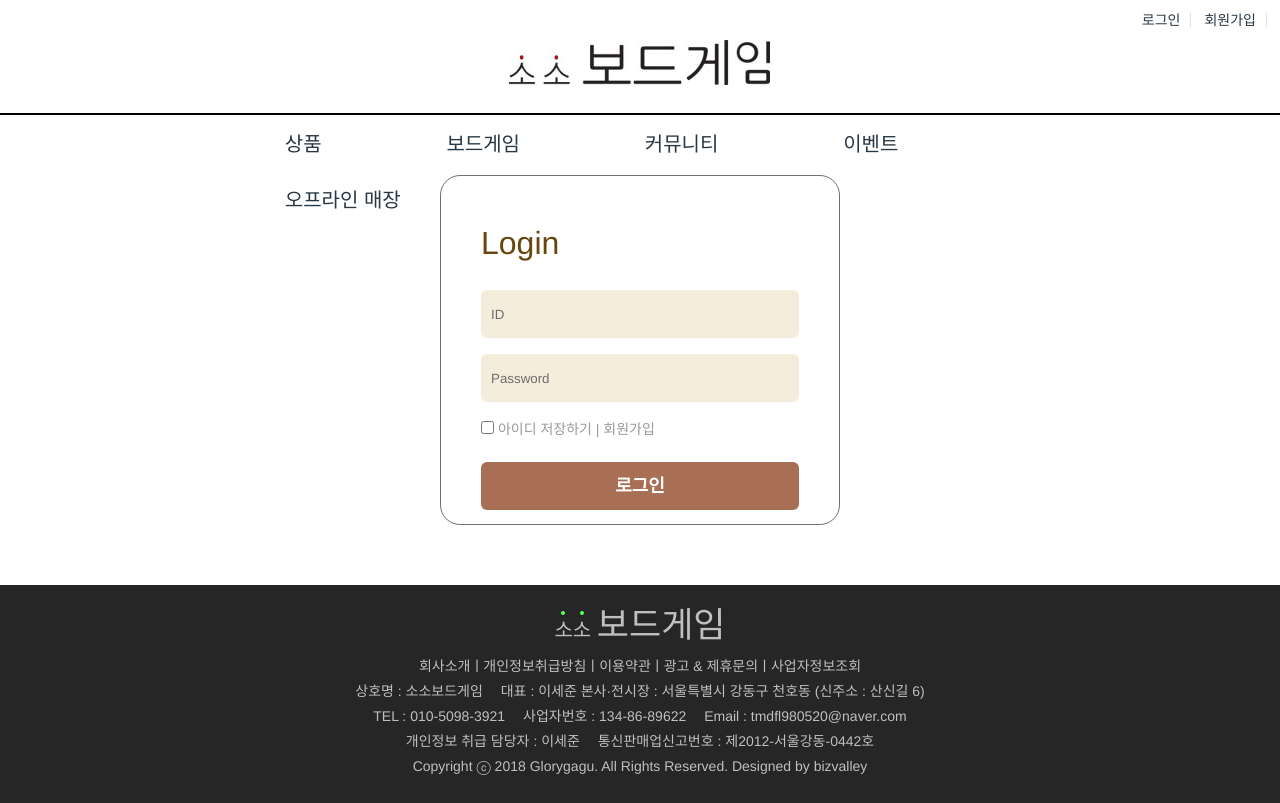
Repository: sejun98/sosobordgameJSP
Page: http://localhost/singup/login_form.jsp
These files come from the project's save history. The page is drawn as it stood at one moment and after the next save; the edit follows.
The browser window is 1280 px wide. The pictures show the whole page.
Some web fonts or font styles are not loaded; a fallback is used. The page is served by Tomcat 9.

Above is the page before, as saved 2022-10-07 07:37:49.

### singup/src/main/webapp/login_form.jsp
<%@ page language="java" contentType="text/html; charset=UTF-8"
    pageEncoding="UTF-8"%>
<%@ page import="java.sql.*" %>
<%@ page import="java.text.*" %>
<%@ page import="java.util.*, java.lang.*"  %>
<!DOCTYPE html>
<html>
<head>
<meta charset="UTF-8">
<title>로그인 폼</title>
<link rel="shortcut icon" href="images/pabicon.ico">
<link rel="stylesheet" href="css/login2.css">
<link rel="stylesheet" href="css/reset.css">
<link href="https://fonts.googleapis.com/css?family=Nanum+Gothic" rel="stylesheet">
<link rel="stylesheet" type="text/css" href="css/slick.css">
<link rel="stylesheet" type="text/css" href="css/slick-theme.css">
<link href="https://fonts.googleapis.com/css?family=Poor+Story" rel="stylesheet">


</head>
<body>

<%
	String name = (String)session.getAttribute("name");
	if(name == null) {
%>
<!--header start//-->
<header id="dowowow">
	<a href="#dowowow" class="ssg"><div id="top"></div></a>
	<div id="header_top">
		<ul>
			<li><a href="#">로그인</a></li>
			<li><a href="#">회원가입</a></li>
		</ul>
	</div>
	<div id="logo">
		<a href="index.html"><img src="images/design_index_03red.jpg" alt="헤드메뉴" width="262" sizes="100%"></a>
	</div>
	<div class="header_menu">
		<ul>
			<div class="header_menu_bar">
				<li><a href="Good.html" class="bold">상품</a></li>
				<li><a href="#">보드게임</a></li>
				<li><a href="board.html" class="bold">커뮤니티</a></li>
				<li><a href="event.html" class="bold">이벤트</a></li>
				<li><a href="#">오프라인 매장</a></li>
			</div>
		</ul>
	</div>
</header>
<!--header end//-->
<div class="menu">
	<div class="container">
		<div class="login-wrapper">
			<h2>Login</h2>
			<form method="post" action="<%= request.getContextPath() %>/login_pro.jsp" id="login-form">
				<input type="text" name="id" placeholder="ID">
				<input type="password" name=pw placeholder="Password">
				<label for="remember-check" class="idsave">
					<input type="checkbox" id="remember-check">  아이디 저장하기 | 회원가입
				</label>
				<input type="submit" value="로그인">
			</form>
		</div>
	</div>
</div>
<footer>
	<div class="footer_box">
		<div class="footer_title">
			<span id="susu">소소
				<span class="footer_title_wja"></span>
				<span class="footer_title_wja2"></span>
			</span>
			보드게임
		</div>
		<div class="footer_txt">
			회사소개ㅣ개인정보취급방침ㅣ이용약관ㅣ광고 & 제휴문의ㅣ사업자정보조회<br>
			상호명 : 소소보드게임  　대표 : 이세준   본사·전시장 : 서울특별시 강동구 천호동 (신주소 : 산신길 6) <br>

			TEL : 010-5098-3921　  사업자번호 : 134-86-89622  　Email : tmdfl980520@naver.com <br>

			개인정보 취급 담당자 : 이세준  　통신판매업신고번호 : 제2012-서울강동-0442호 <br>

			Copyright ⓒ 2018 Glorygagu. All Rights Reserved. Designed by bizvalley
		</div>
	</div>
</footer>


<script src="https://code.jquery.com/jquery-2.2.0.min.js" type="text/javascript"></script>
<script type="text/javascript">
 $(document).ready(function() {
    $("a.ssg").anchorAnimate()
 });
 jQuery.fn.anchorAnimate = function(settings) {
    settings = jQuery.extend({
    speed : 1000
    }, settings);
    return this.each(function(){
    var caller = this
    $(caller).click(function (event) {
    event.preventDefault()
    var locationHref = window.location.href
    var elementClick = $(caller).attr("href")
    var destination = $(elementClick).offset().top;
    $("html:not(:animated),body:not(:animated)").animate({ scrollTop: destination}, settings.speed, function()
    {
    window.location.hash = elementClick
    });
     return false;
    })
    })
 }
</script>
<%
	} else {
			%>
		<%= name %>님 로그인 중
		<a href="<% request.getContextPath(); %> logout.jsp">로그아웃</a>
		<%
	}
%>

</body>
</html>

### singup/src/main/webapp/css/login2.css
@charset "UTF-8";
header {
	width: 100%;
}

#header_top {
	float: right;
}
#header_top ul li {
	float: left;
	padding: 13px;
	padding-left: 0;
	line-height: 1;
}
#header_top ul li:nth-child(1) a{
	border-right: solid 1px;
	border-color: #E0E0E0;
	margin: 0px;
}
#header_top ul li:nth-child(2) a{
	margin-right: 0;
	border-right: solid 1px;
	border-color: #E0E0E0;
	margin: 0px;
}

#header_top ul li a {
	display: block;
	margin-right: 65px;
	padding-right: 10px;
}
header #logo {
	clear: both;
	text-align: center;
	margin-bottom: 20px;
}
.header_menu {
	width:100%;
	height: 60px;
	border-top: solid 2px;
}
.header_menu ul li {
	float: left;
	margin-left: 13%;
}
.header_menu ul li a {
	display: block;
	padding: 12px 0px 10px 0px;
	font-size: 20px;
	font-family: 'Nanum Gothic', sans-serif;
}
.header_menu ul li .bold:hover {
	font-weight:bold;
}
.header_menu ul li:nth-child(5) {
	float: left;
}
.header_menu_bar{
	width: 75%;
	margin: 0 auto;

}
/*header end //----------------------------*/
/*container start ------*/
*{
    padding: 0;
    margin: 0;
    border: none;
}
body{
    font-size: 14px;
    font-family: 'Roboto', sans-serif;
}


.login-wrapper{
	margin : auto;
	border: 1px solid rgb(112, 112, 112);
	border-radius: 20px;
    width: 400px;
    height: 350px;
    padding: 40px;
    box-sizing: border-box;
}


.login-wrapper > h2{
    font-size: 32px;
    color: #68460f;
    margin-bottom: 20px;
}
#login-form > input{
    width: 100%;
    height: 48px;
    padding: 0 10px;
    box-sizing: border-box;
    margin-bottom: 16px;
    border-radius: 6px;
    background-color: #F5EDDC;
}
#login-form > input::placeholder{
    color: #6d6d6d;
}
#login-form > input[type="submit"]{
    color: #fff;
    font-size: 18px;
	font-weight: bold;
    background-color: #a86f55;
    margin-top: 20px;
}
#login-form > input[type="checkbox"]{
    display: none;
}
#login-form > label{
    color: #999999;
}
#login-form input[type="checkbox"] + label{
    cursor: pointer;
    padding-left: 26px;
    background-image: url("checkbox.png");
    background-repeat: no-repeat;
    background-size: contain;
}
#login-form input[type="checkbox"]:checked + label{
    background-image: url("checkbox-active.png");
    background-repeat: no-repeat;
    background-size: contain;
}

.idsave{
	margin-left : 20%;
}

/*container end ------*/
.down_box {
	width: 100%;
	height: 296px;
	background-color: #CDFFC3;
	float: left;
}
.down_box_img {
	background-image: url(../images/User_dow.jpg);
	background-repeat: no-repeat;
	width: 50%;height: 300px;
	float: left;
}
.down_box_txt {
	color: white;
	font-size: 35px;
	text-align: center;
	margin-top: 60px;
	position: relative;
}
.down_soso {
	font-size: 20px;
}
.down_soso span:before {
	content: "��";
	color: #dc3434;
	font-size: 1em;
	position: relative;
	left: 19px;
	top: -20px;
}
.down_sosos{
	font-size: 20px;
}
.down_sosos span:before {
	content: "��";
	color: #f7f549;
	font-size: 1em;
	position: relative;
	left: 19px;
	top: -20px;
}
.down_soso_img {
	background-image: url(../images/design_inde22x_08.jpg);
	width: 4px;height: 4px;
	position: absolute;
	left: 313px; top: 15px;
}
.down_soso_img2 {
	background-image: url(../images/design_inde22x_08.jpg);
	width: 4px;height: 4px;
	position: absolute;
	left: 333px; top: 15px;
}
.down_box_txt p {
	margin-top: -25px;
	font-size: 45px;
}
.down_box_txt .pp2{
	line-height: 46px;
	font-size: 20px;
}
.search {
	width: 421px;
	position: relative;
	margin-left: 50%;
	transform: translateX(-50%);
}
.inputbox {
	float: left;
	font-size: 18px;
	color: #ebebeb;
	padding-left: 10px;
	background-color: rgba(255,255,255,0);
	border: solid 5px #ebebeb;
	width: 421px; height: 46px;
	margin-top: 10px;


}
.search .inputbox_button{
	position: absolute;
	top: 20px;right: -13px;
	background-color: transparent;
}



.down_title {
	margin-top: 20px;
	width: 200px; height: 50px;
	background-color: #fff;
	border-radius: 50px;
	margin-left: 50%;
	transform: translateX(-50%);
	color: #000;
	font-size: 20px;
	font-weight: bold;
	line-height: 50px;

}
.down_title:hover {
	background-color: #646464;
	color: #F0F0F0
}
/*footer start*/
.footer_box {
	width: 100%; height: 218px;
	background-color: #262626;
	clear: both;
	color: #bfbfbf;
}
.footer_title {
	padding-top: 10px;
	font-size: 35px;
	text-align: center;
	margin-top: 60px;
	position: relative;
}
.footer_title span {
	font-size: 20px;
}
.footer_txt {
	font-size: 14px;
	text-align: center;
	line-height: 25px;
}
.footer_title_wja {
	background-image: url(../images/design_indexdd_03.jpg);
	width: 4px;height: 4px;
	background-repeat: no-repeat;
	float: left;
	position: absolute;
	top: -8px;right: 13px;
}
.footer_title_wja2 {
	background-image: url(../images/design_indexdd_03.jpg);
	width: 4px;height: 4px;
	background-repeat: no-repeat;
	float: left;
	position: absolute;
	top: -8px;right: 32px;
}

#susu {
	position: relative;
}

#rjatk {
	float: left;
}

/*Slick*/
 .slider {
        width: 50%;
        margin: 0 auto;
    }

    .slick-slide {
      margin: 0px 20px;
    }

    .slick-slide img {
      width: 90%;
      margin: 0 auto;
      padding-top: 5%;
    }

    .slick-prev:before,
    .slick-next:before {
      color: black;
    }


    .slick-slide {
      transition: all ease-in-out .3s;
      opacity: 1;
    }

    .slick-active {
      opacity: 1;
    }

    .slick-current {
      opacity: 1;
    }
    /*slick*/

### singup/src/main/webapp/css/reset.css
*{
 margin:0;
 padding:0;
 border:none;
 	list-style:none;
	text-decoration: none;
	font-family: 'Nanum Gothic', sans-serif;
	font-family: noto,notojp,notokr,Helvetica
	,Microsoft YaHei,Apple SD Gothic Neo,Malgun Gothic,
	"\B9D1\C740 \ACE0\B515",Dotum,\\B3CB\C6C0,sans-serif;
}

/*여백초기화*/
body, div, dl, dd, dt, ul, li, ol, h1, h2, h3, h4, h5, h6, form, legend, textarea, select, fieldset, p, button {margin: 0; padding: 0;}

/*링크 초기화 */
a { color: #273743; text-decoration: none; }
a:hover { color: #000000; }

/*폰트초기화 */
body, input, textarea, select, button, table {line-height: 1.7} /*나눔고딕은 크로스브라우져에 가장 적합 */

/*h태그 초기화 */
h1, h2, h3, h4, h5, h6 { font-size: 12px; font-weight: normal; }

/*목록태그 초기화*/
li, ol, ul {list-style: none;}

/*ir*/

.ir { width: 0; height: 0; font-size: 0; line-height: 0; overflow: hidden; position: absolute; left: 0; top: 0; }
.cursor {
	cursor:pointer;
}
.down_title:hover {
	background-color: #646464;
	color: #F0F0F0
}

### singup/src/main/webapp/css/slick.css
/* Slider */
.slick-slider
{
    position: relative;

    display: block;
    box-sizing: border-box;
}

.slick-list
{
    position: relative;

    display: block;
    overflow: hidden;

    margin: 0;
    padding: 0;
}
.slick-list:focus
{
    outline: none;
}
.slick-list.dragging
{
    cursor: pointer;
}

.slick-slider .slick-track,
.slick-slider .slick-list
{

}

.slick-track
{
    position: relative;
    top: 0;
    left: 0;

    display: block;
    margin-left: auto;
    margin-right: auto;
}
.slick-track:before,
.slick-track:after
{
    display: table;

    content: '';
}
.slick-track:after
{
    clear: both;
}
.slick-loading .slick-track
{
    visibility: hidden;
}

.slick-slide
{
    display: none;
    float: left;

    height: 100%;
    min-height: 1px;
}
[dir='rtl'] .slick-slide
{
    float: right;
}
.slick-slide img
{
    display: block;
}
.slick-slide.slick-loading img
{
    display: none;
}
.slick-initialized .slick-slide
{
    display: block;
}
.slick-loading .slick-slide
{
    visibility: hidden;
}
.slick-vertical .slick-slide
{
    display: block;

    height: auto;

    border: 1px solid transparent;
}
.slick-arrow.slick-hidden {
    display: none;
}

### singup/src/main/webapp/css/slick-theme.css
/* Slider */
.slick-loading .slick-list
{
    background: #fff url('./ajax-loader.gif') center center no-repeat;
}

/* Icons */
@font-face
{
    font-family: 'slick';
    font-weight: normal;
    font-style: normal;

    src: url('./fonts/slick.eot');
    src: url('./fonts/slick.eot?#iefix') format('embedded-opentype'), url('./fonts/slick.woff') format('woff'), url('./fonts/slick.ttf') format('truetype'), url('./fonts/slick.svg#slick') format('svg');
}
/* Arrows */
.slick-prev,
.slick-next
{
    font-size: 0;
    line-height: 0;

    position: absolute;
    top: 50%;

    display: block;

    width: 20px;
    height: 20px;
    padding: 0;

    transform: translate(0, -50%);

    cursor: pointer;

    color: transparent;
    border: none;
    outline: none;
    background: transparent;
}
.slick-prev:hover,
.slick-prev:focus,
.slick-next:hover,
.slick-next:focus
{
    color: transparent;
    outline: none;
    background: transparent;
}
.slick-prev:hover:before,
.slick-prev:focus:before,
.slick-next:hover:before,
.slick-next:focus:before
{
    opacity: 1;
}
.slick-prev.slick-disabled:before,
.slick-next.slick-disabled:before
{
    opacity: .25;
}

.slick-prev:before,
.slick-next:before
{
    font-family: 'slick';
    font-size: 40px;
    line-height: 1;

    opacity: .75;
    color: white;


}

.slick-prev
{
    left: -25px;
}
[dir='rtl'] .slick-prev
{
    right: -25px;
    left: auto;
}
.slick-prev:before
{
    content: '←';
}
[dir='rtl'] .slick-prev:before
{
    content: '→';
}

.slick-next
{
    right: -25px;
}
[dir='rtl'] .slick-next
{
    right: auto;
    left: -25px;
}
.slick-next:before
{
    content: '→';
}
[dir='rtl'] .slick-next:before
{
    content: '←';
}

/* Dots */
.slick-dotted.slick-slider
{
    margin-bottom: 30px;
}

.slick-dots
{
    position: absolute;
    bottom: -25px;

    display: block;

    width: 100%;
    padding: 0;
    margin: 0;

    list-style: none;

    text-align: center;
}
.slick-dots li
{
    position: relative;

    display: inline-block;

    width: 20px;
    height: 20px;
    margin: 0 5px;
    padding: 0;

    cursor: pointer;
}
.slick-dots li button
{
    font-size: 0;
    line-height: 0;

    display: block;

    width: 20px;
    height: 20px;
    padding: 5px;

    cursor: pointer;

    color: transparent;
    border: 0;
    outline: none;
    background: transparent;
}
.slick-dots li button:hover,
.slick-dots li button:focus
{
    outline: none;
}
.slick-dots li button:hover:before,
.slick-dots li button:focus:before
{
    opacity: 1;
}
.slick-dots li button:before
{
    font-family: 'slick';
    font-size: 6px;
    line-height: 20px;

    position: absolute;
    top: 0;
    left: 0;

    width: 20px;
    height: 20px;

    content: '•';
    text-align: center;

    opacity: .25;
    color: black;

}
.slick-dots li.slick-active button:before
{
    opacity: .75;
    color: black;
}

After the next save:
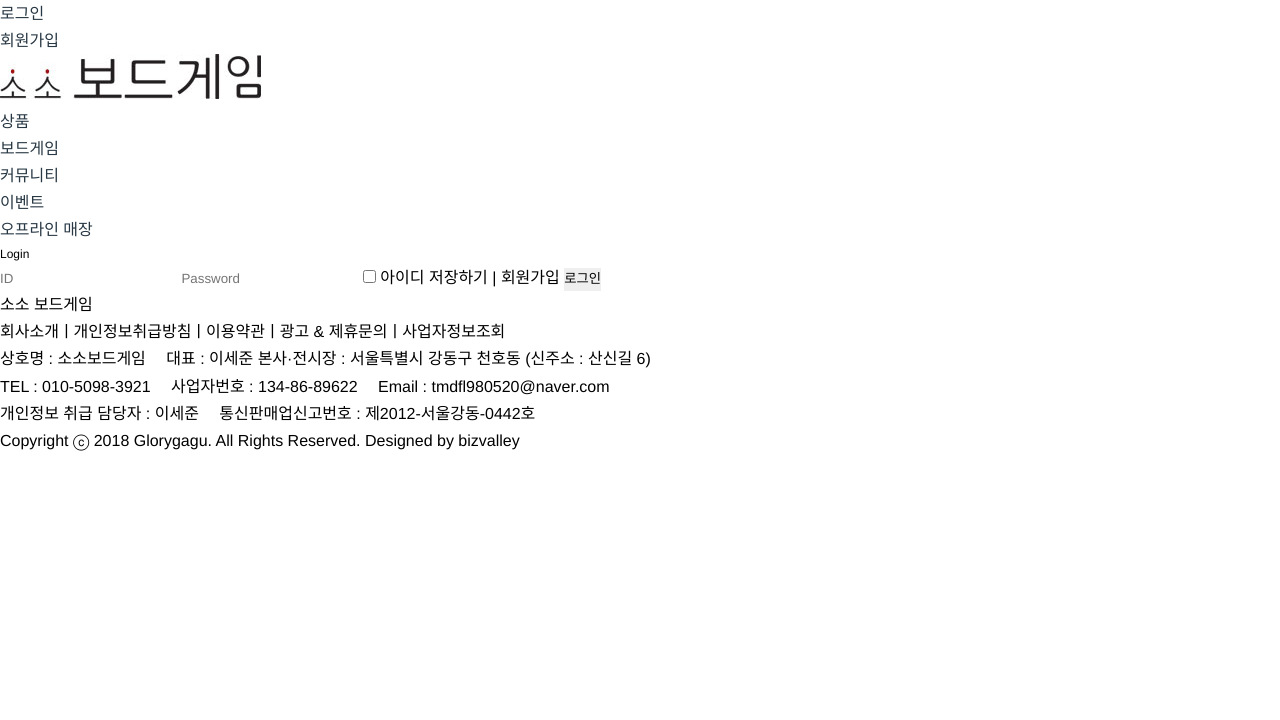
Not found: singup/singup/css/login.css
Saved 31 s later.
--- a/singup/src/main/webapp/login_form.jsp
+++ b/singup/src/main/webapp/login_form.jsp
@@ -9,7 +9,7 @@
 <meta charset="UTF-8">
 <title>로그인 폼</title>
 <link rel="shortcut icon" href="images/pabicon.ico">
-<link rel="stylesheet" href="css/login2.css">
+<link rel="stylesheet" href="css/login.css">
 <link rel="stylesheet" href="css/reset.css">
 <link href="https://fonts.googleapis.com/css?family=Nanum+Gothic" rel="stylesheet">
 <link rel="stylesheet" type="text/css" href="css/slick.css">
